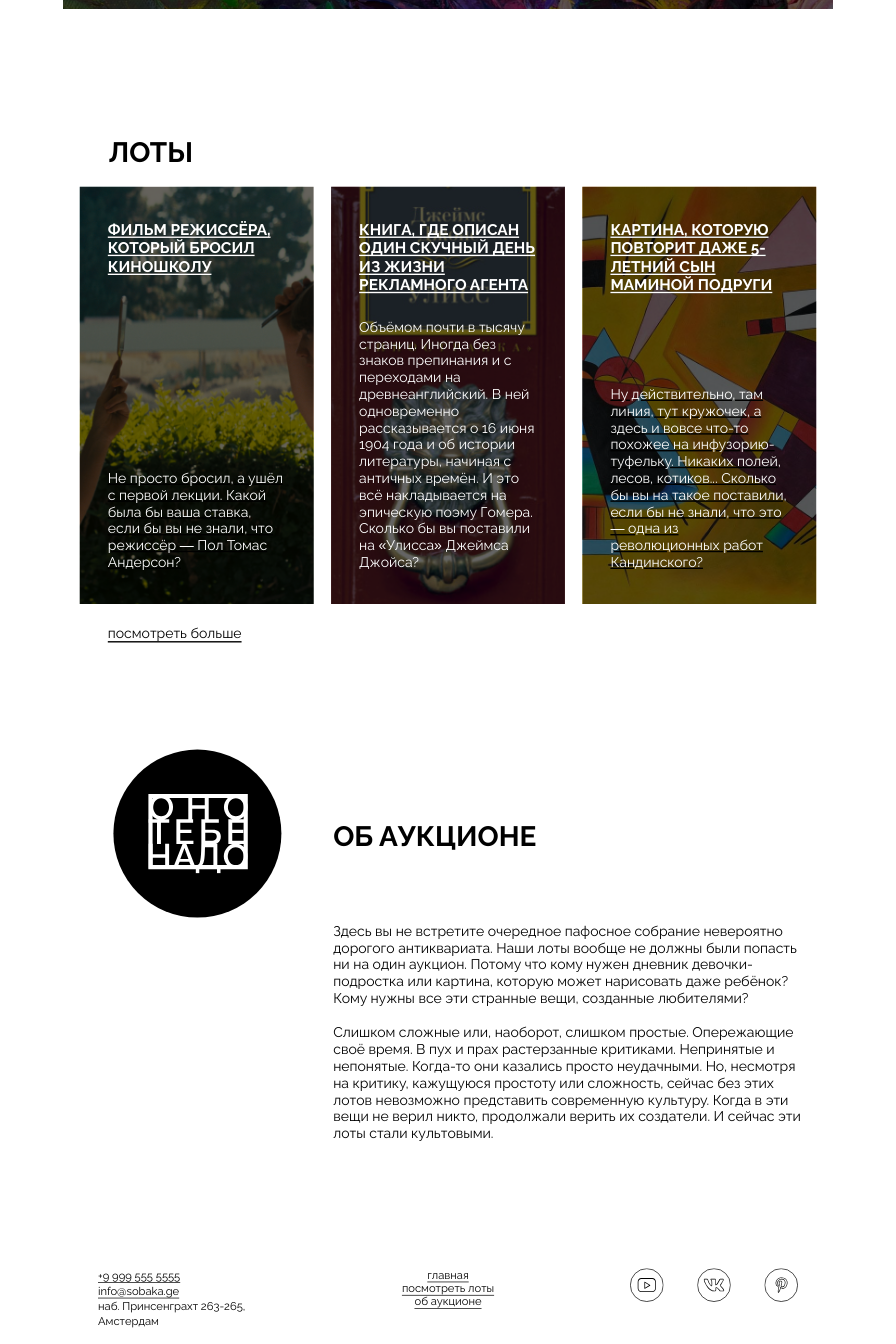
Repository: NikWolf75/ono-tebe-nado-fd
Page: index.html
An editor plug-in stored every save of this project. The page is shown before and after a run of saves, followed by the edit.
The browser window is 1280 px wide. The pictures show the part of the page from y = 1037 to 2957 px (the page is 2957 px tall before and 2757 px after), at 70% of full size.

Above is the page before, as saved 2024-12-17 14:18:42.

After the next 9 saves:
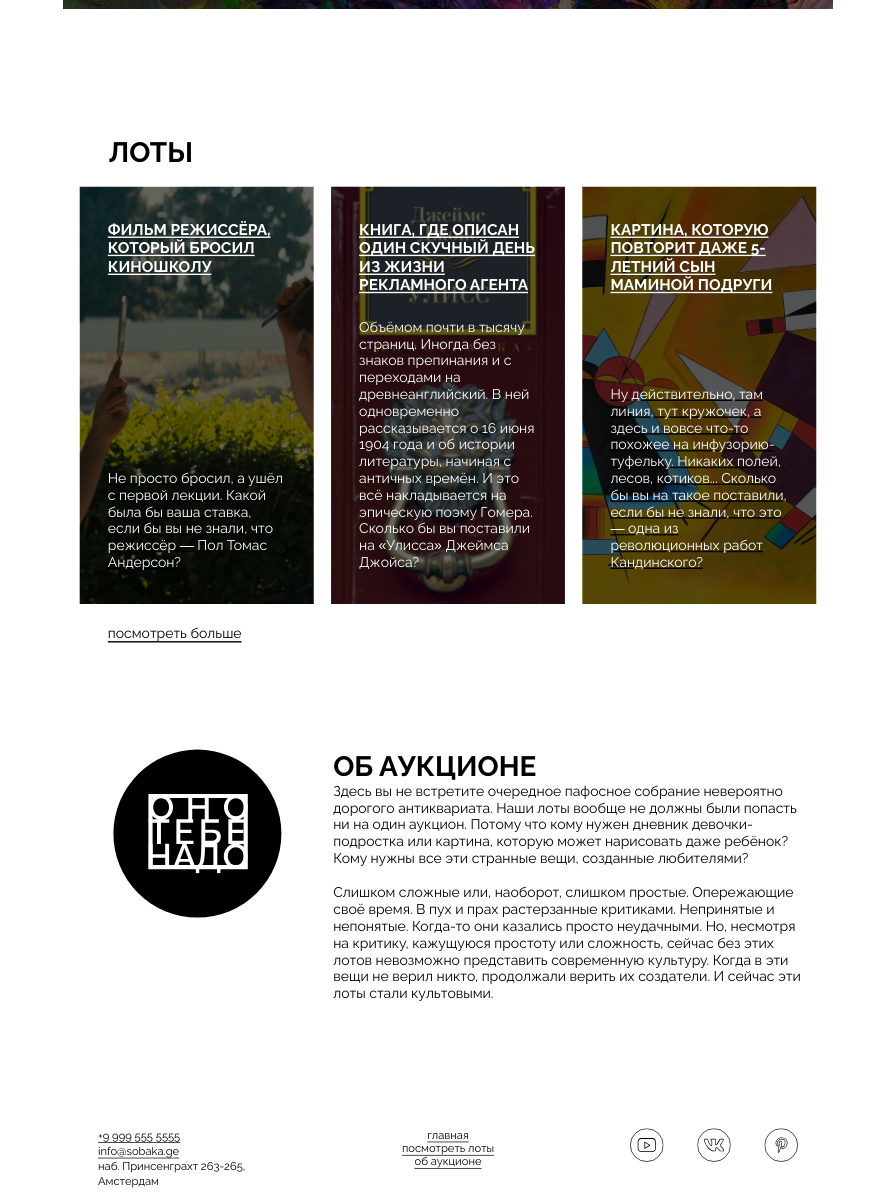
The 9 saves are shown as one change because they came seconds apart.
The last was saved 25 s later.
--- a/styles/style.css
+++ b/styles/style.css
@@ -229,12 +229,11 @@
 }
 
 .about__title {
-  margin: 100px 0;
+  margin: 100px 1;
   font-size: 40px;
   font-weight: 700;
   font-style: normal;
   text-transform: uppercase;
-  padding: ;
 }
 
 .about__text {
